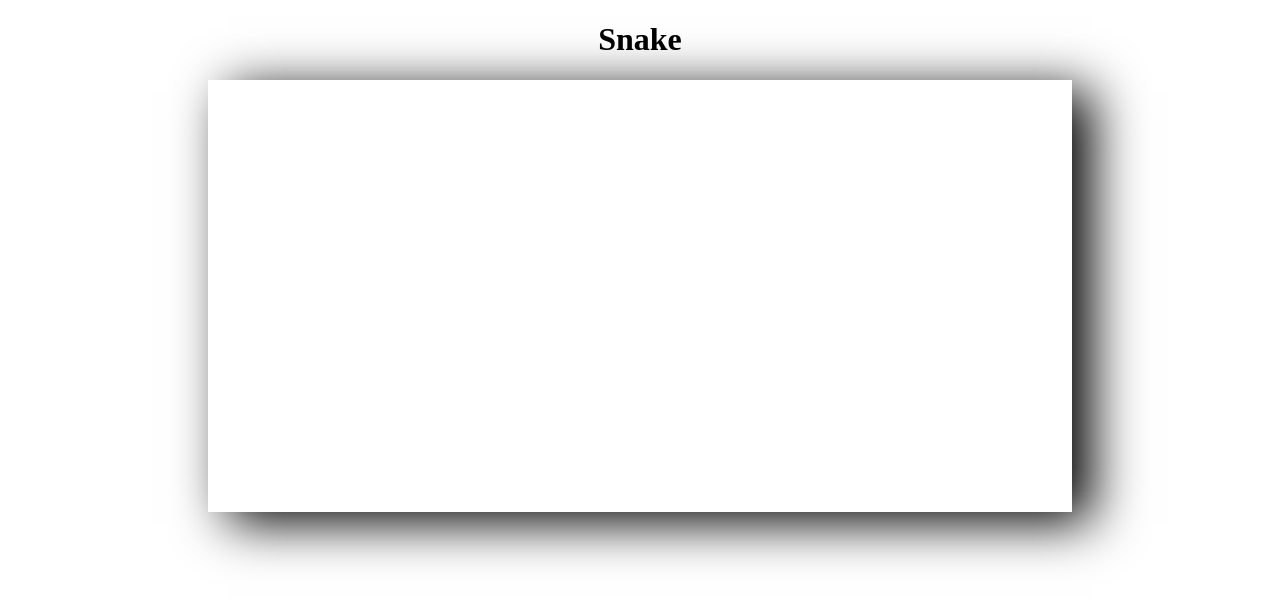
Repository: Ellisvelandia/snake
Page: index.html
The author's editor kept a copy of each file at every save. The page is drawn from the files as they stood at one save, then again after a run of saves.
The browser window is 1280 px wide. The pictures show the whole page.

Above is the page before, as saved 2022-08-26 22:31:42.

### index.html
<!DOCTYPE html>
<html lang="en">
<head>
  <meta charset="UTF-8">
  <meta http-equiv="X-UA-Compatible" content="IE=edge">
  <meta name="viewport" content="width=device-width, initial-scale=1.0">
  <link rel="stylesheet" href="style.css">
  <title>Snake</title>
</head>
<body>

  <h1>Snake</h1>

  <canvas id="game"></canvas>
  <script src="index.js"></script>
</body>
</html>

### style.css
body {
  margin: 0;
  padding: 0;
  display: flex;
  flex-direction: column;
  justify-content: center;
  align-items: center;
}

canvas {
  box-shadow: #000 20px 10px 50px;
  max-width:  80vw;
  height: 60vh;
}

### index.js
const canvas = document.getElementById("game");
const ctx = canvas.getContext("2d");

let speed = 7;

let titleCount = 20;
let headX = 10;
let headY = 10;

// game  loop

function drawGame() {
  setTimeout(drawGame, 100 / speed);
}

function clearScreen() {
    ctx.fillStyle = "black";
  ctx.fillRect(0, 0,canvas.width,canvas.height);
}

drawGame();

After the next 3 saves:
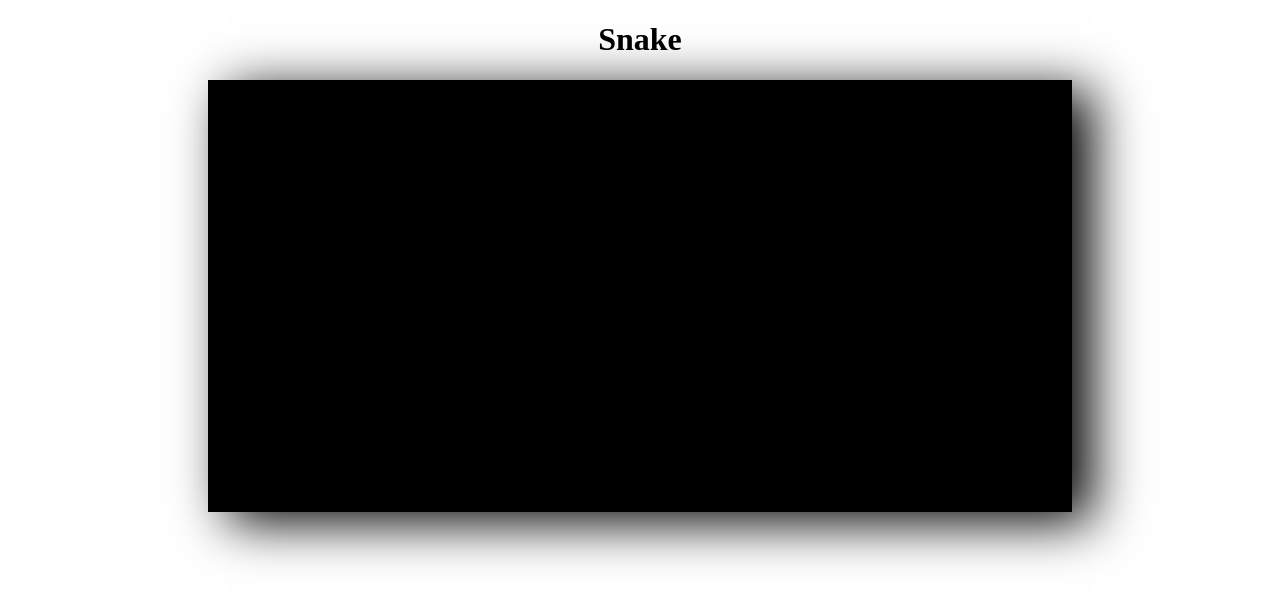
The 3 saves are shown as one change because they came seconds apart.
The last was saved 37 s later.
--- a/index.js
+++ b/index.js
@@ -10,6 +10,7 @@
 // game  loop
 
 function drawGame() {
+  clearScreen();
   setTimeout(drawGame, 100 / speed);
 }
 

After the 4 saves that followed:
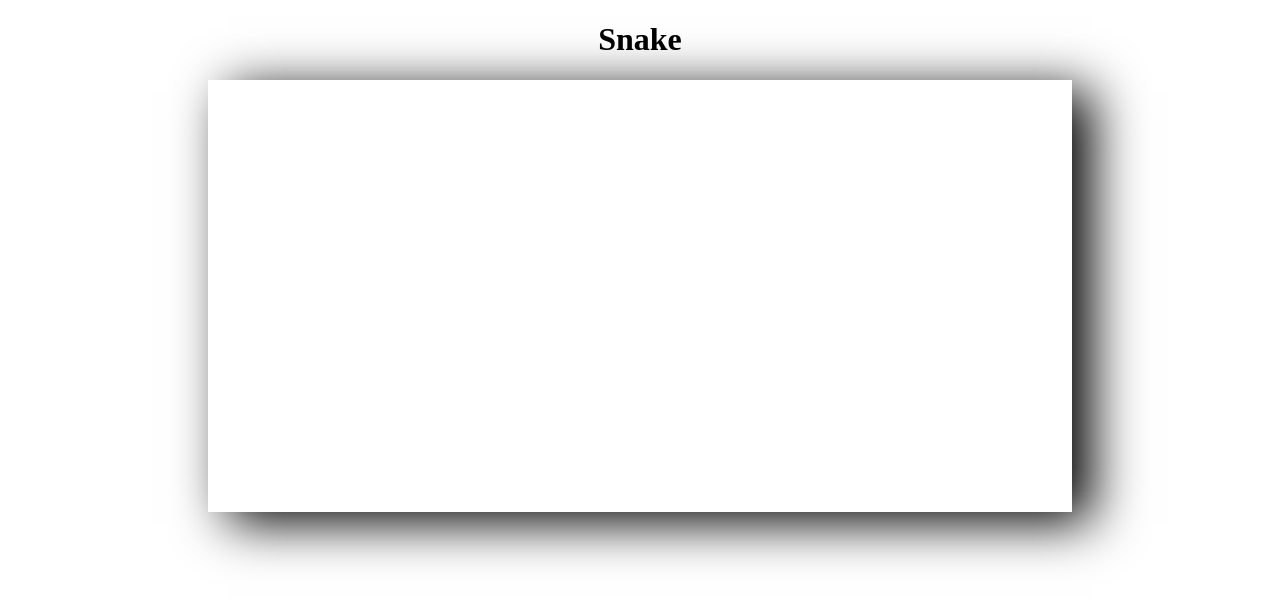
Console error: SyntaxError: Unexpected identifier 'headX'
The 4 saves are shown as one change because 3 left the picture as it was.
The last was saved 3 min 25 s later.
--- a/index.js
+++ b/index.js
@@ -3,7 +3,8 @@
 
 let speed = 7;
 
-let titleCount = 20;
+let tileCount = 20;
+let tileSize =
 let headX = 10;
 let headY = 10;
 
@@ -15,8 +16,8 @@
 }
 
 function clearScreen() {
-    ctx.fillStyle = "black";
-  ctx.fillRect(0, 0,canvas.width,canvas.height);
+  ctx.fillStyle = "black";
+  ctx.fillRect(0, 0, canvas.width, canvas.height);
 }
 
 drawGame();
